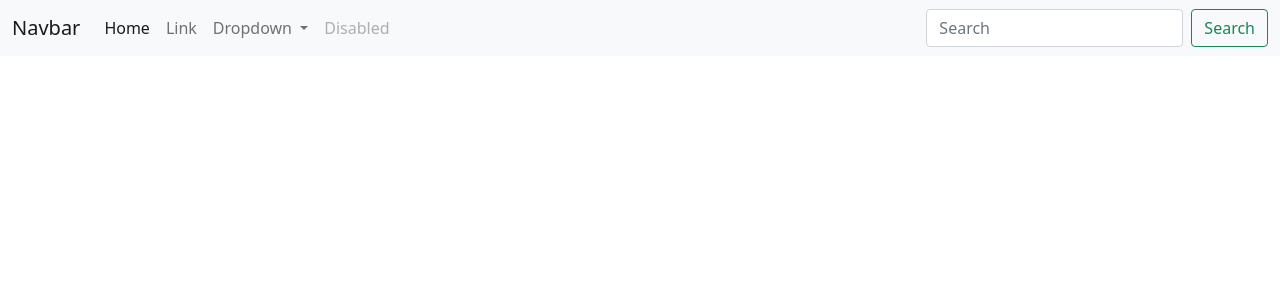
Repository: khulqu15/pengaduan2
Page: http://localhost/
An editor plug-in stored every save of this project. The page is shown before and after a run of saves, followed by the edit.
The browser window is 1280 px wide. The pictures show the whole page.
The page is served by the project's Laravel application, run on PHP 8.4 with Laravel 8.

Above is the page before, as saved 2021-02-23 20:20:05.

After the next 2 saves:
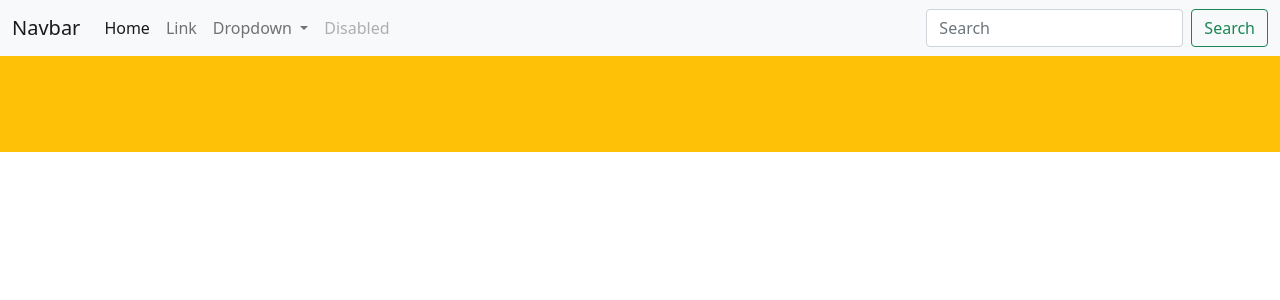
The 2 saves are shown as one change because they came seconds apart.
The last was saved 22 s later.
--- a/resources/views/welcome.blade.php
+++ b/resources/views/welcome.blade.php
@@ -3,5 +3,9 @@
 @section('title', 'Home')
 
 @section('content')
-
+    <div class="container-fluid bg-warning py-5">
+        <div class="row">
+            <div class="col-md-12"></div>
+        </div>
+    </div>
 @endsection
